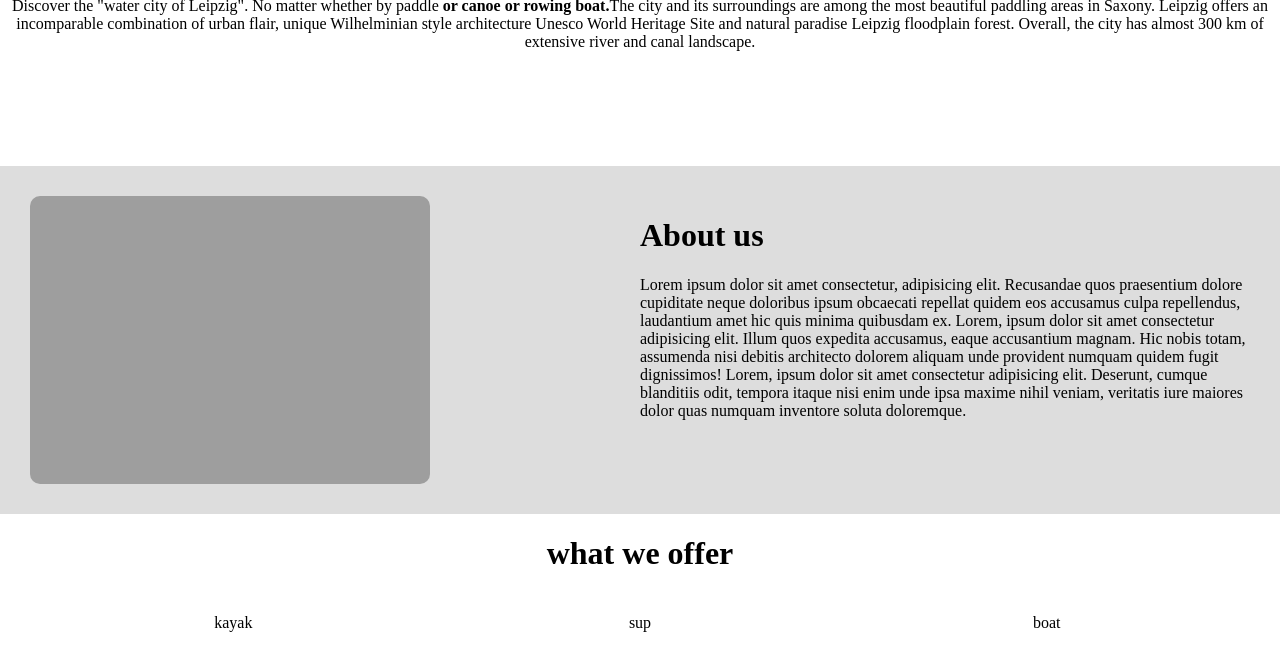
Repository: joseluis2289/Responsive-club-website
Page: index.html
An editor plug-in stored every save of this project. The page is shown before and after the next save, followed by the edit.
The browser window is 1280 px wide. The pictures show the part of the page from y = 840 to 1792 px (the page is 1502 px tall before and 1792 px after).
Pictures or frames that could not be fetched are drawn as grey boxes.

Above is the page before, as saved 2021-08-23 17:30:18.

After the next save:
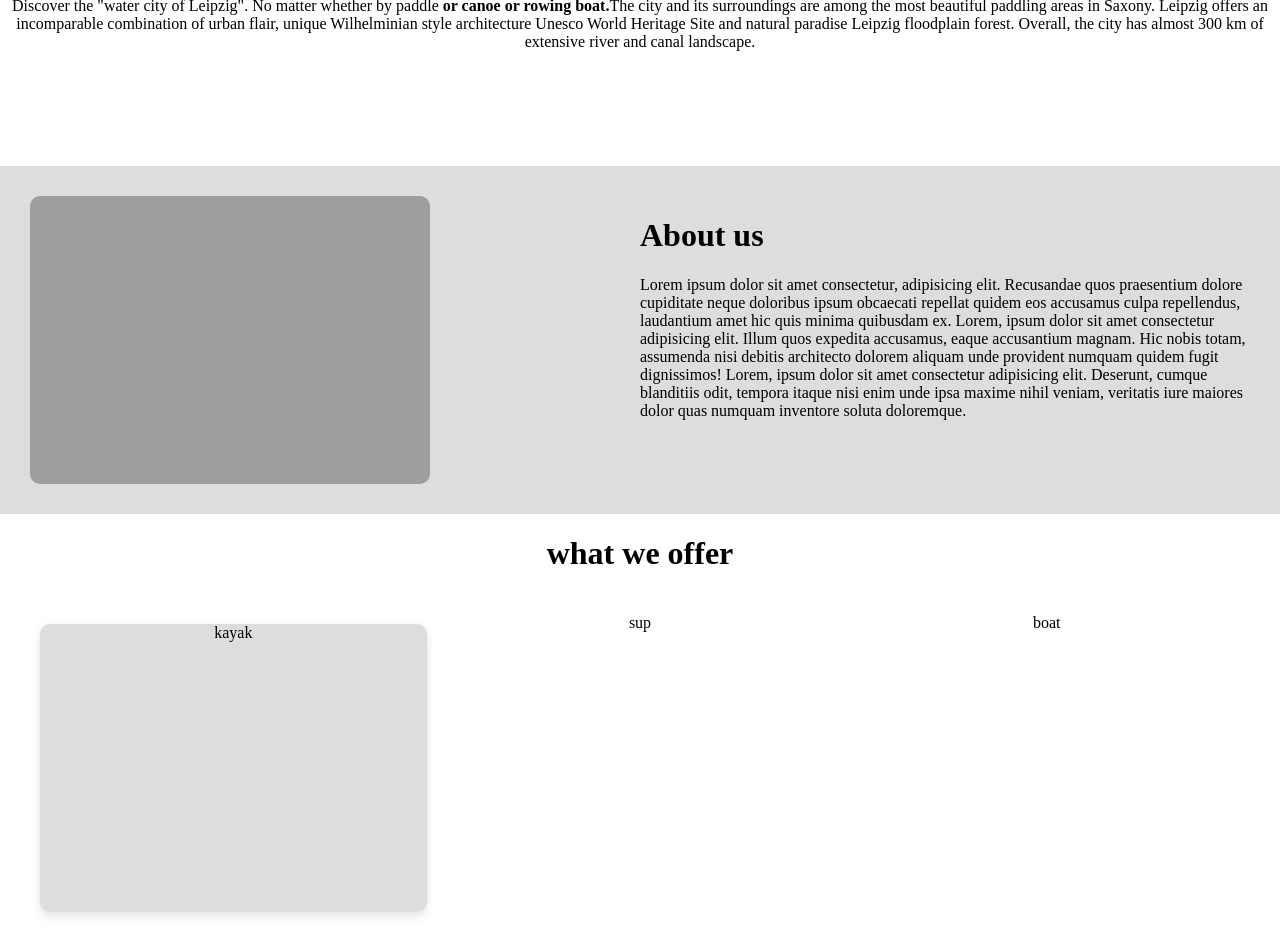
Saved 35 s later.
--- a/style.css
+++ b/style.css
@@ -103,7 +103,7 @@ body{
     text-align: center;
     margin: 10px;
 }
-.activity{
+.kayak{
     background-image:url('./Cosmetics\ Discount\ Sale\ Landscape\ Banner.png');
     height: 40vh;
     margin: 10px;
